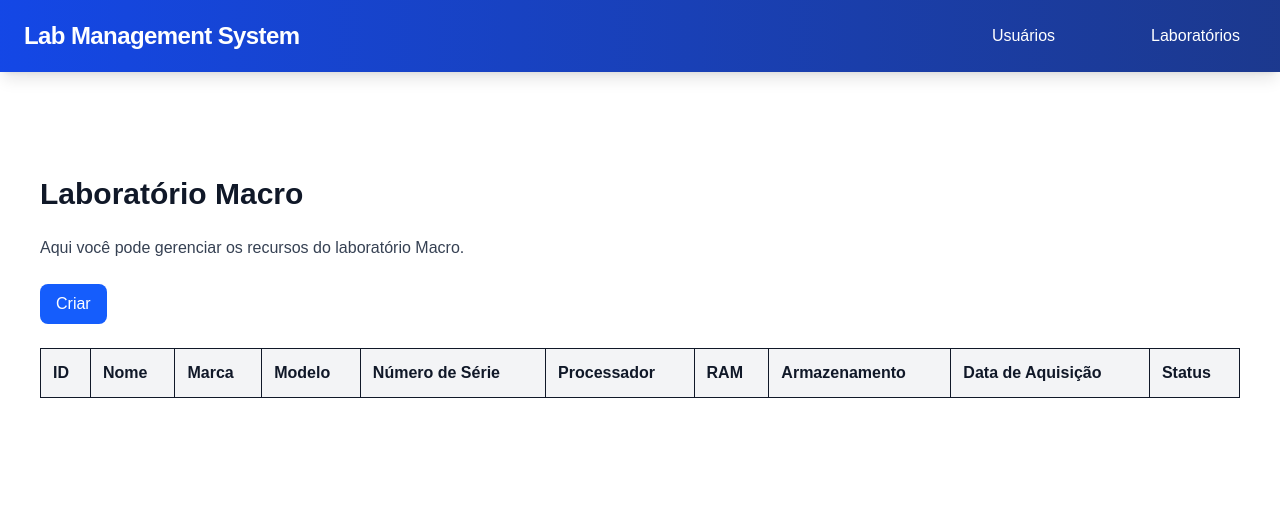
Repository: fabianosevla/gestao-labs
Page: /labs/hardware/macro (app in lab-management-system/)
The author's editor kept a copy of each file at every save. The page is drawn from the files as they stood at one save, then again after the next save.
The browser window is 1280 px wide. The pictures show the whole page.
The project was rebuilt for these pictures with package versions that can differ from the ones it lists, and the page was loaded fresh each time. The framework's server and built-in components were replaced by stand-ins that run in the browser. Also part of the build but not shown: lab-management-system/next.config.mjs.

Above is the page before, as saved 2025-05-05 23:49:18.

After the next save:
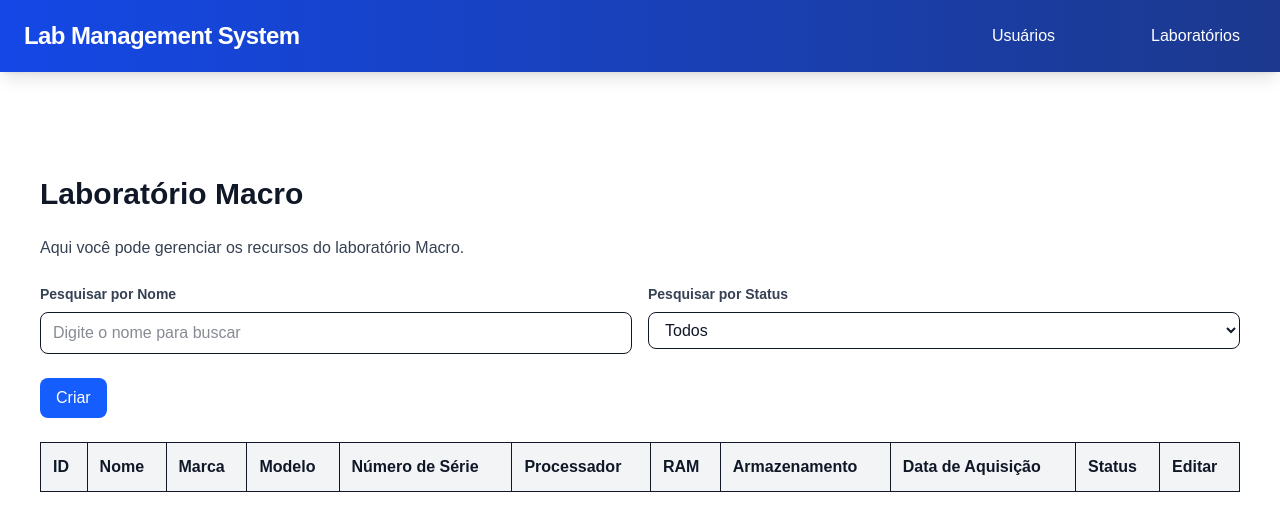
Saved 27 s later.
--- a/lab-management-system/app/labs/hardware/macro/page.js
+++ b/lab-management-system/app/labs/hardware/macro/page.js
@@ -1,20 +1,69 @@
 "use client";
 
+import { useState } from "react";
 import { useRouter } from "next/navigation";
 import { useMacroHardwares } from "../../../lib/storage";
 
 export default function Macro() {
     const router = useRouter();
     const [macroHardwares] = useMacroHardwares();
+    const [searchName, setSearchName] = useState("");
+    const [searchStatus, setSearchStatus] = useState("");
 
     const handleCreate = () => {
         router.push("/labs/hardware/macro/create");
     };
 
+    const handleEdit = (id) => {
+        router.push(`/labs/hardware/macro/edit/${id}`);
+    };
+
+    const filteredHardwares = macroHardwares.filter((hardware) => {
+        const matchesName = hardware.name
+            .toLowerCase()
+            .includes(searchName.toLowerCase());
+        const matchesStatus = searchStatus
+            ? hardware.status.toLowerCase() === searchStatus.toLowerCase()
+            : true;
+        return matchesName && matchesStatus;
+    });
+
     return (
         <div className="p-6 pt-28">
             <h1 className="text-3xl font-bold mb-6 text-gray-900">Laboratório Macro</h1>
             <p className="text-gray-700 mb-6">Aqui você pode gerenciar os recursos do laboratório Macro.</p>
+
+            <div className="mb-6 flex gap-4">
+                <div className="flex-1">
+                    <label className="block text-gray-700 text-sm font-bold mb-2" htmlFor="searchName">
+                        Pesquisar por Nome
+                    </label>
+                    <input
+                        type="text"
+                        id="searchName"
+                        value={searchName}
+                        onChange={(e) => setSearchName(e.target.value)}
+                        className="w-full px-3 py-2 border rounded-lg focus:outline-none focus:ring-2 focus:ring-blue-500 text-gray-900"
+                        placeholder="Digite o nome para buscar"
+                    />
+                </div>
+                <div className="flex-1">
+                    <label className="block text-gray-700 text-sm font-bold mb-2" htmlFor="searchStatus">
+                        Pesquisar por Status
+                    </label>
+                    <select
+                        id="searchStatus"
+                        value={searchStatus}
+                        onChange={(e) => setSearchStatus(e.target.value)}
+                        className="w-full px-3 py-2 border rounded-lg focus:outline-none focus:ring-2 focus:ring-blue-500 text-gray-900"
+                    >
+                        <option value="">Todos</option>
+                        <option value="ativo">Ativo</option>
+                        <option value="inativo">Inativo</option>
+                    </select>
+                </div>
+            </div>
+
             <button
                 onClick={handleCreate}
                 className="px-4 py-2 bg-blue-600 text-white rounded-lg hover:bg-blue-700 transition duration-300 text-left mb-6"
@@ -35,10 +84,11 @@ export default function Macro() {
                             <th className="border p-3 text-gray-900 font-semibold text-left">Armazenamento</th>
                             <th className="border p-3 text-gray-900 font-semibold text-left">Data de Aquisição</th>
                             <th className="border p-3 text-gray-900 font-semibold text-left">Status</th>
+                            <th className="border p-3 text-gray-900 font-semibold text-left">Editar</th>
                         </tr>
                     </thead>
                     <tbody>
-                        {macroHardwares.map((hardware) => (
+                        {filteredHardwares.map((hardware) => (
                             <tr key={hardware.id} className="hover:bg-gray-50">
                                 <td className="border p-3 text-gray-700">{hardware.id}</td>
                                 <td className="border p-3 text-gray-700">{hardware.name}</td>
@@ -50,6 +100,15 @@ export default function Macro() {
                                 <td className="border p-3 text-gray-700">{hardware.storage}</td>
                                 <td className="border p-3 text-gray-700">{hardware.acquisitionDate}</td>
                                 <td className="border p-3 text-gray-700">{hardware.status}</td>
+                                <td className="border p-3 text-gray-700">
+                                    <button
+                                        onClick={() => handleEdit(hardware.id)}
+                                        className="text-blue-600 hover:text-blue-800"
+                                        title="Editar"
+                                    >
+                                        ✏️
+                                    </button>
+                                </td>
                             </tr>
                         ))}
                     </tbody>
